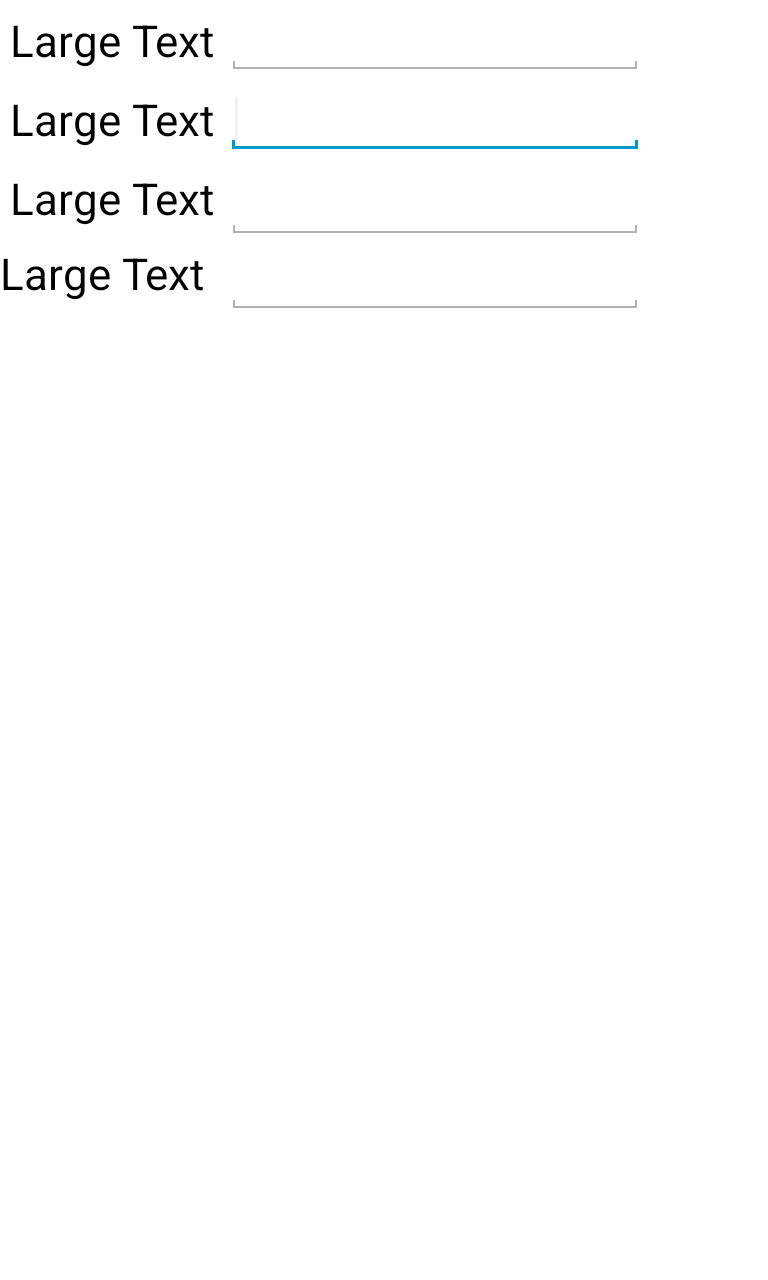
Repository: shervinshaikh/Android
Layout: NBAScoreTracker/res/layout/fragment_scores.xml
The author's editor kept a copy of each file at every save. The layout is drawn from the files as they stood at one save, then again after the next save.
It is drawn on a 768 x 1280 px phone screen (xhdpi) without system bars, with theme AppTheme; the app's code is not run.

Above is the layout before, as saved 2013-04-27 22:27:00.

### NBAScoreTracker/res/layout/fragment_scores.xml
<TableLayout xmlns:android="http://schemas.android.com/apk/res/android"
    android:layout_width="fill_parent"
    android:layout_height="fill_parent" >

    <TableRow
        android:id="@+id/tableRow1"
        android:layout_width="wrap_content"
        android:layout_height="wrap_content" >

        <TextView
            android:id="@+id/textView1"
            android:layout_width="wrap_content"
            android:layout_height="wrap_content"
            android:text="Large Text"
            android:textAppearance="?android:attr/textAppearanceLarge"
            android:padding="5dip"
             />

        <EditText
            android:id="@+id/editText1"
            android:layout_width="wrap_content"
            android:layout_height="wrap_content"
            android:ems="10"
            android:padding="5dip" />

    </TableRow>

    <TableRow
        android:id="@+id/tableRow2"
        android:layout_width="wrap_content"
        android:layout_height="wrap_content" >

        <TextView
            android:id="@+id/textView2"
            android:layout_width="wrap_content"
            android:layout_height="wrap_content"
            android:text="Large Text"
            android:textAppearance="?android:attr/textAppearanceLarge"
            android:padding="5dip" />

        <EditText
            android:id="@+id/editText2"
            android:layout_width="wrap_content"
            android:layout_height="wrap_content"
            android:ems="10"
            android:padding="5dip" >

            <requestFocus />
        </EditText>

    </TableRow>

    <TableRow
        android:id="@+id/tableRow3"
        android:layout_width="wrap_content"
        android:layout_height="wrap_content" >

        <TextView
            android:id="@+id/textView3"
            android:layout_width="wrap_content"
            android:layout_height="wrap_content"
            android:text="Large Text"
            android:textAppearance="?android:attr/textAppearanceLarge"
            android:padding="5dip" />

        <EditText
            android:id="@+id/editText3"
            android:layout_width="wrap_content"
            android:layout_height="wrap_content"
            android:ems="10" />

    </TableRow>

    <TableRow
        android:id="@+id/tableRow4"
        android:layout_width="wrap_content"
        android:layout_height="wrap_content" >

        <TextView
            android:id="@+id/textView4"
            android:layout_width="wrap_content"
            android:layout_height="wrap_content"
            android:text="Large Text"
            android:textAppearance="?android:attr/textAppearanceLarge" />

        <EditText
            android:id="@+id/editText4"
            android:layout_width="wrap_content"
            android:layout_height="wrap_content"
            android:ems="10" />

    </TableRow>

</TableLayout>

Loaded but not shown: NBAScoreTracker/res/values/styles.xml (common file); NBAScoreTracker/res/values-v11/styles.xml (common file); NBAScoreTracker/res/values-v14/styles.xml (common file)

After the next save:
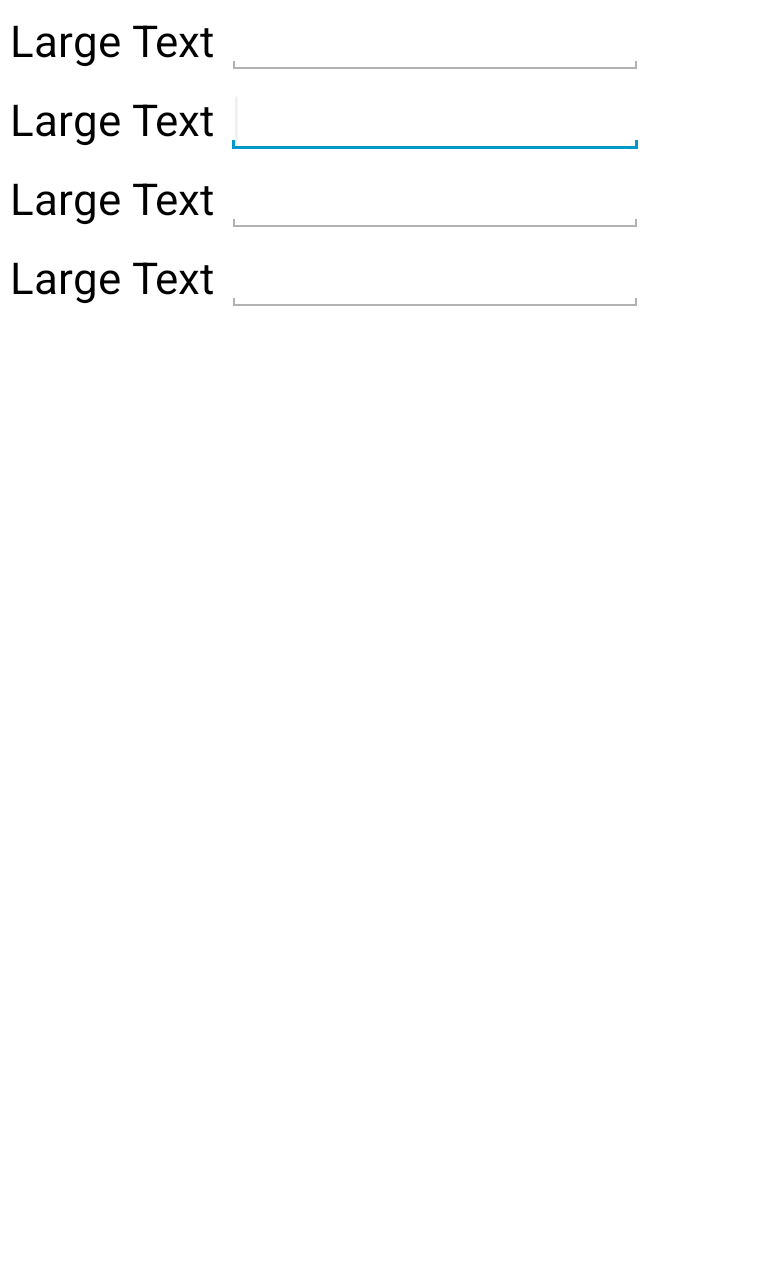
Saved 8 s later.
--- a/NBAScoreTracker/res/layout/fragment_scores.xml
+++ b/NBAScoreTracker/res/layout/fragment_scores.xml
@@ -67,7 +67,8 @@
             android:id="@+id/editText3"
             android:layout_width="wrap_content"
             android:layout_height="wrap_content"
-            android:ems="10" />
+            android:ems="10"
+            android:padding="5dip" />
 
     </TableRow>
 
@@ -81,13 +82,15 @@
             android:layout_width="wrap_content"
             android:layout_height="wrap_content"
             android:text="Large Text"
-            android:textAppearance="?android:attr/textAppearanceLarge" />
+            android:textAppearance="?android:attr/textAppearanceLarge"
+            android:padding="5dip" />
 
         <EditText
             android:id="@+id/editText4"
             android:layout_width="wrap_content"
             android:layout_height="wrap_content"
-            android:ems="10" />
+            android:ems="10"
+            android:padding="5dip" />
 
     </TableRow>
 
